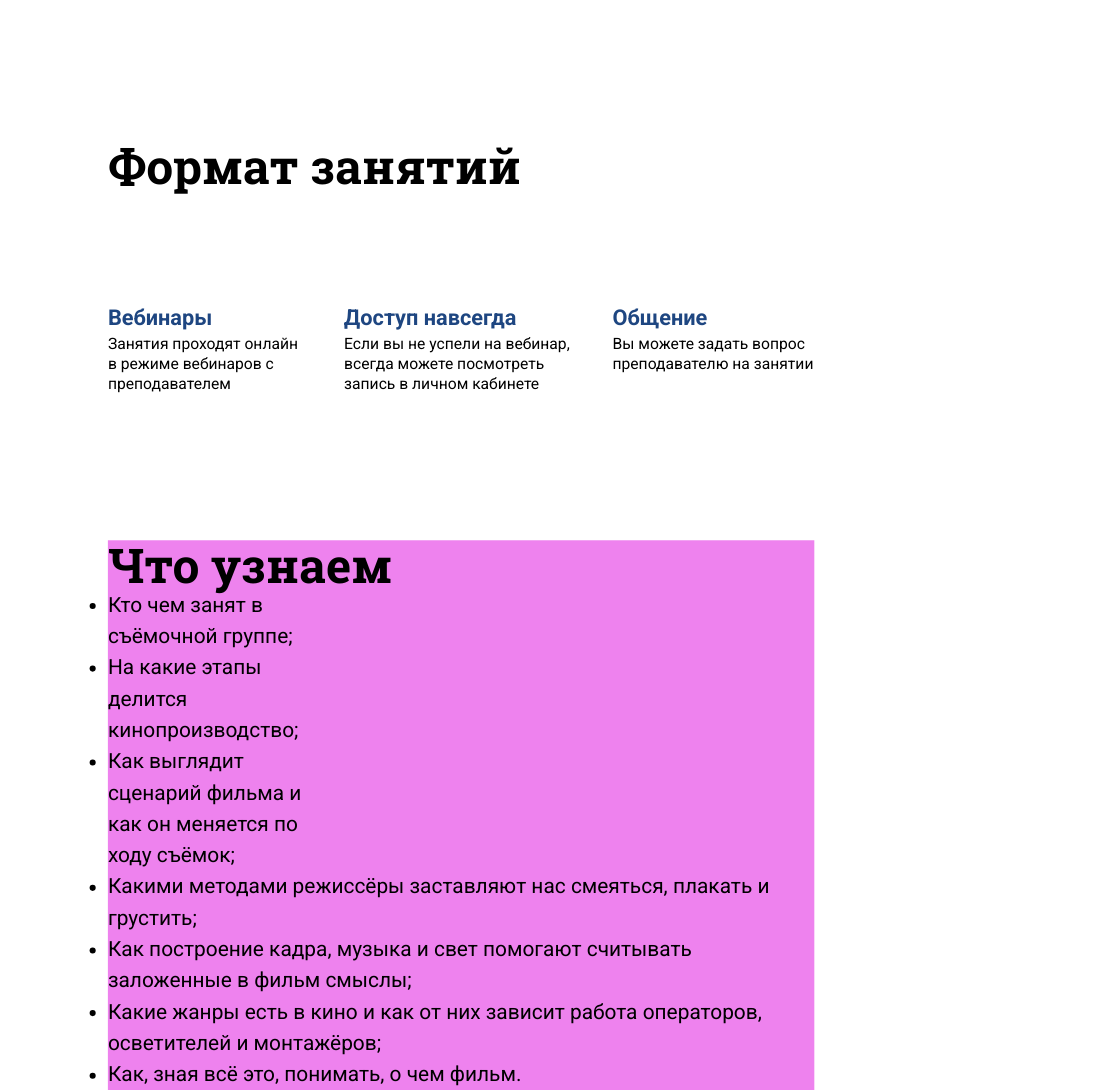
Repository: PoladEziz/Task2
Page: index.html
These files come from the project's save history. The page is drawn as it stood at one moment and after the next save; the edit follows.
The browser window is 1280 px wide. The pictures show the whole page, at 87% of full size.

Above is the page before, as saved 2023-05-04 17:40:54.

After the next save:
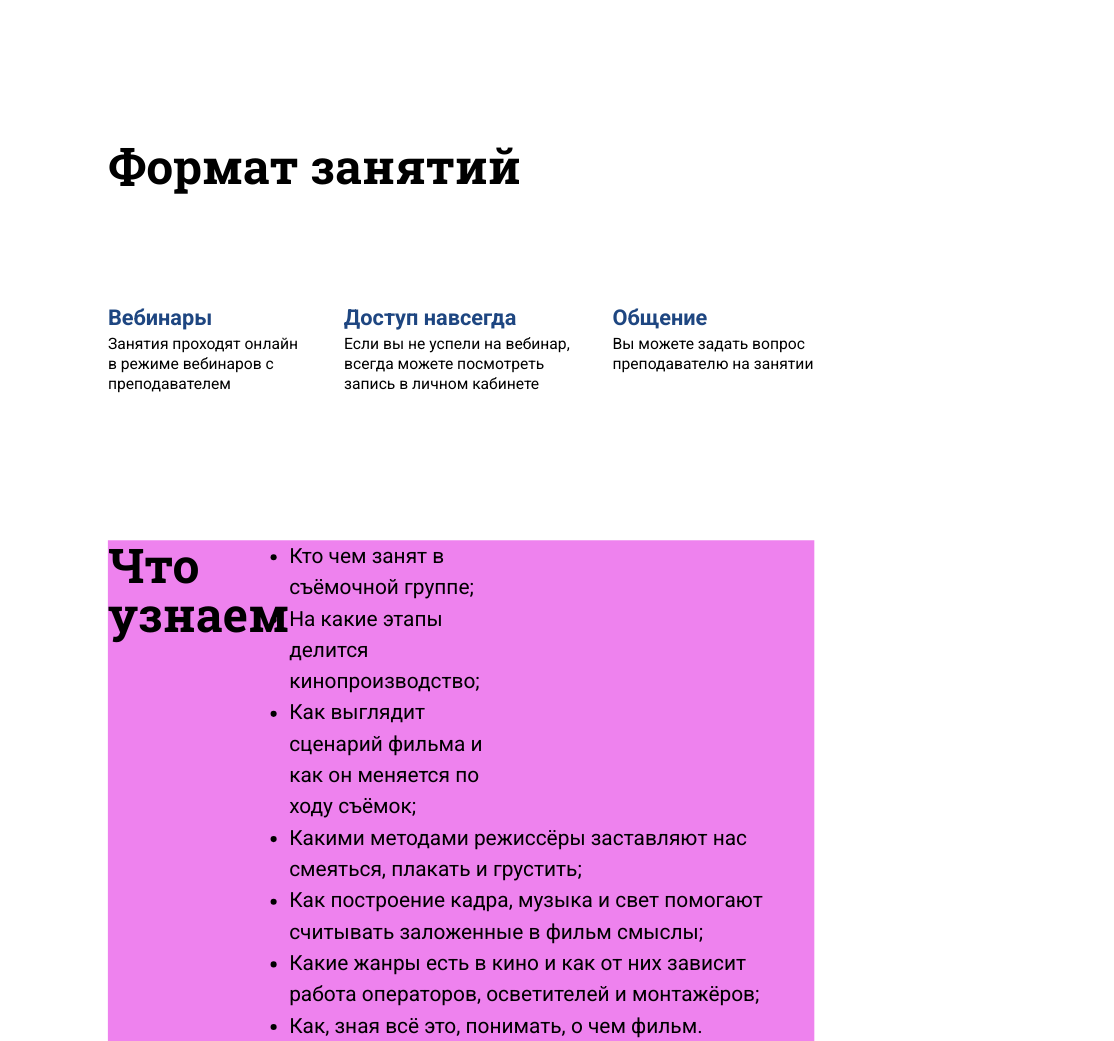
Saved 7 s later.
--- a/index.css
+++ b/index.css
@@ -71,8 +71,7 @@
     margin-top: 168px;
     background-color: violet;
   width: 100%;
-  display: flex;
-  flex-direction: column;
+
 }
 
 .page-2 h1 {

After the save that followed:
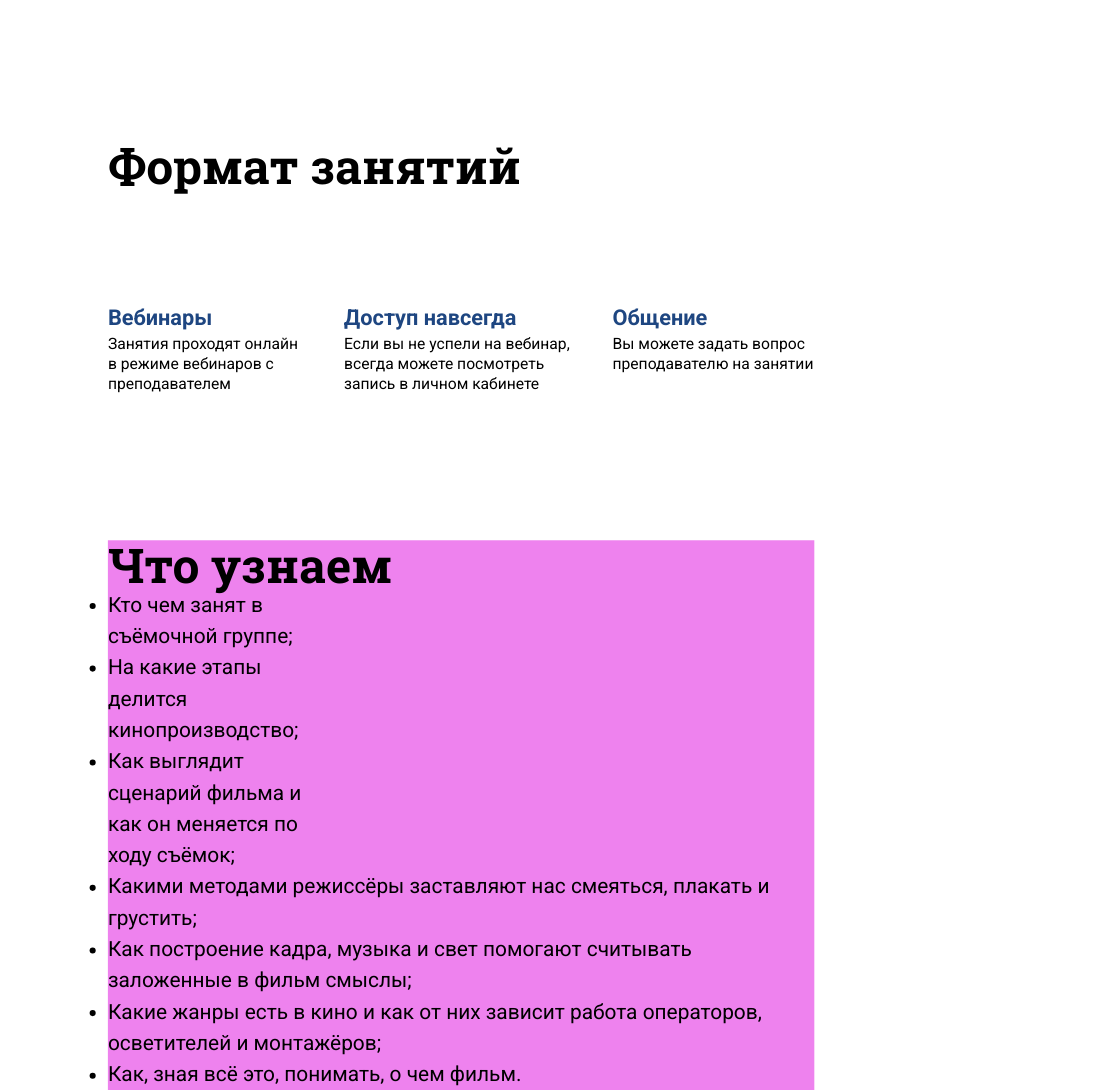
Saved 61 s later.
--- a/index.css
+++ b/index.css
@@ -71,7 +71,8 @@
     margin-top: 168px;
     background-color: violet;
   width: 100%;
-
+  display: flex;
+  flex-direction: column;
 }
 
 .page-2 h1 {
